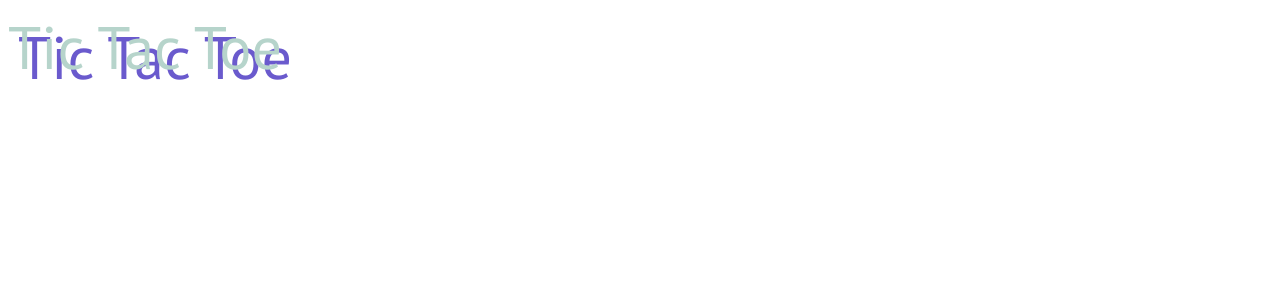
Repository: chin9/TicTacToe
Page: index.html
The author's editor kept a copy of each file at every save. The page is drawn from the files as they stood at one save, then again after the next save.
The browser window is 1280 px wide. The pictures show the whole page.

Above is the page before, as saved 2021-05-12 13:36:29.

After the next save:
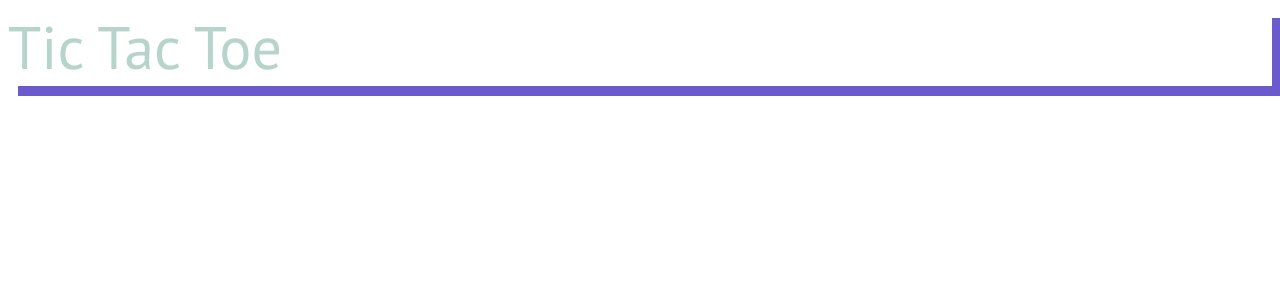
Saved 10 s later.
--- a/style.css
+++ b/style.css
@@ -4,6 +4,6 @@ header{
     font-family: 'PT Sans', sans-serif;
     font-size: 60px;
     color: rgb(182, 212, 203);
-    text-shadow: 10px 10px slateblue;
+    box-shadow: 10px 10px slateblue;
 
 }
